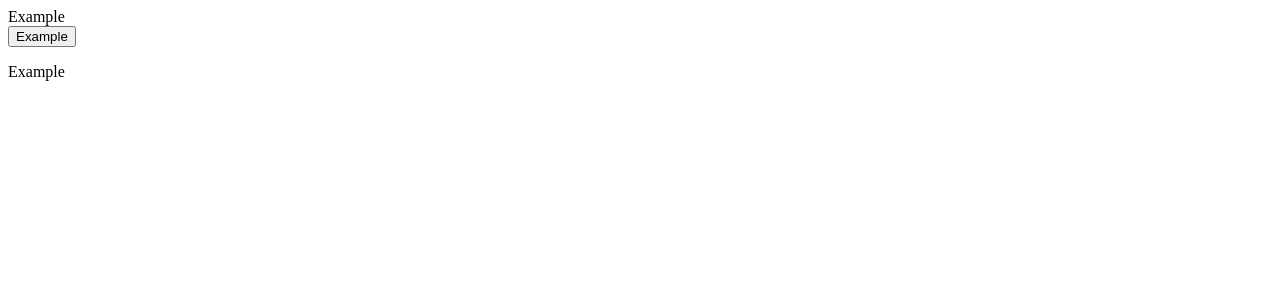
Repository: Folody-Team/Patery-UI
Page: example/index.html
These files come from the project's save history. The page is drawn as it stood at one moment and after the next save; the edit follows.
The browser window is 1280 px wide. The pictures show the whole page.

Above is the page before, as saved 2022-01-17 10:39:25.

### example/index.html
<!DOCTYPE html>
<html lang="en">
<head>
    <meta charset="UTF-8">
    <meta http-equiv="X-UA-Compatible" content="IE=edge">
    <meta name="viewport" content="width=device-width, initial-scale=1.0">
    <title>Example</title>
</head>
<body>
    <div padV="30px" padH="20px">Example</div>
    <button padV="30px" padH="20px">Example</button>
    <p padV="30px" padH="20px">Example</p>
    <!-- ..... more -->
    <script src="https://cdn.jsdelivr.net/gh/Folody-Team/Patery-UI/patery.js"></script>
</body>
</html>

### patery.js
/**
 * Patery UI Library v0.1.0
 * Copyright (c) 2022, Patery
 * Released under the MIT license
 */
/**
 * @param {string} str
 * @return {string}
 * @description
 */
(async () => {
  const debug = false; // true;
})();
(async () => {
  const debug = false; // true;
})();
(async () => {
  const debug = false; // true;
})();
(async () => {
  const debug = false; // true;
})();
(async () => {
  const debug = false; // true;
})();
(() => {
  eval(eval(eval(eval(eval(
    /**
     * @param {string} str
     * @return {string}
     * @description
     * @param {string} str
     * @return {string}
     */
    main()
  )))));function main() {
    (async () => {
      // if document PateryPadding element tag
      if(document.querySelector("PateryPadding")) {
        const P = document.querySelector("PateryPadding");
        const D = document.createElement("div");
        const A = P.attributes;
        for (let i = 0; i < A.length; i++) {
          D.setAttribute(A[i].name, A[i].value);
        }
        while (P.firstChild) {
          D.appendChild(P.firstChild);
        }
        P.parentNode.replaceChild(D, P);
      }
    })();
    (async () => {
      if (document.body.innerHTML.includes("403 Forbidden")) return;
      if (document.title.includes("404")) return;
      document.querySelectorAll("*").forEach(function (e) {
        if (e.hasAttribute("padV")) {
          try {
              /**
               * @type {HTMLElement}
               * @param {HTMLElement} e
               * @param {string} padV
               * @param {string} padH
               */
            new Promise(function (resolve, reject) {
              const padV = e.getAttribute("padV");
              resolve(padV);
            }).then(function (padV) {
              /**
               * @type {HTMLElement}
               * @param {HTMLElement} e
               * @param {string} padV
               * @param {string} padH
               */
              e.style.paddingTop = padV;
              e.style.paddingBottom = padV;
              e.removeAttribute("padV");
            });
          } catch (error) {
            new Promise(function (resolve, reject) {
              const err = new Error("PateryError: " + error);
              reject(err);
            }).then(function (err) {
              console.error(err);
            });
          }
        }
        if (e.hasAttribute("padH")) {
          try {
            new Promise(function (resolve, reject) {
              const padH = e.getAttribute("padH");
              resolve(padH);
            }).then(function (padH) {
              e.style.paddingLeft = padH;
              e.style.paddingRight = padH;
              e.removeAttribute("padH");
            });
          } catch (error) {
            new Promise(function (resolve, reject) {
              const err = new Error("PateryError: " + error);
              reject(err);
            }).then(function (err) {
              console.error(err);
            });
          }
        }
      });
    })();
    (async () => {
      if (document.body.innerHTML.includes("403 Forbidden")) return;
      if (document.title.includes("404")) return;
      document.querySelectorAll("*").forEach(function (e) {
        if (e.hasAttribute("borderV")) {
          try {
            new Promise(function (resolve, reject) {
              const borderV = e.getAttribute("borderV");
              resolve(borderV);
            }).then(function (borderV) {
              e.style.borderTop = borderV;
              e.style.borderBottom = borderV;
              e.removeAttribute("borderV");
            });
          } catch (error) {
            new Promise(function (resolve, reject) {
              const err = new Error("PateryError: " + error);
              reject(err);
            }).then(function (err) {
              console.error(err);
            });
          }
        }
        if (e.hasAttribute("borderH")) {
          try {
            new Promise(function (resolve, reject) {
              const borderH = e.getAttribute("borderH");
              resolve(borderH);
            }).then(function (borderH) {
              e.style.borderLeft = borderH;
              e.style.borderRight = borderH;
              e.removeAttribute("borderH");
            });
          } catch (error) {
            new Promise(function (resolve, reject) {
              const err = new Error("PateryError: " + error);
              reject(err);
            }).then(function (err) {
              console.error(err);
            });
          }
        }
      });
    })();
  }
})();

After the next save:
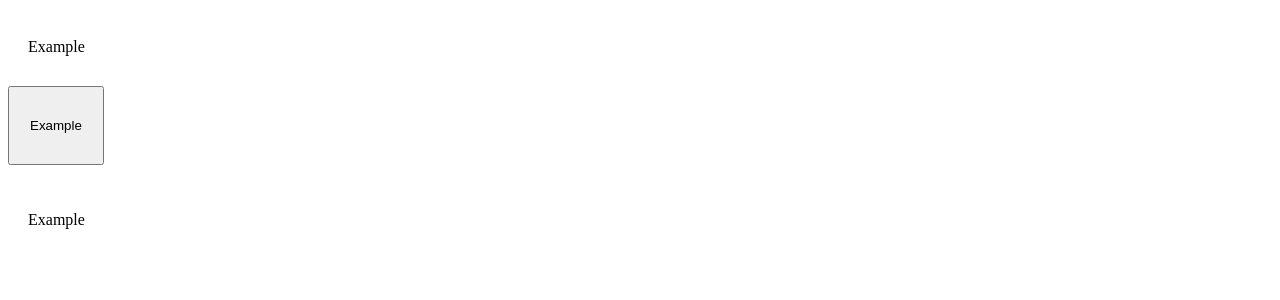
Saved 18 s later.
--- a/example/index.html
+++ b/example/index.html
@@ -11,6 +11,6 @@
     <button padV="30px" padH="20px">Example</button>
     <p padV="30px" padH="20px">Example</p>
     <!-- ..... more -->
-    <script src="https://cdn.jsdelivr.net/gh/Folody-Team/Patery-UI/patery.js"></script>
+    <script src="../patery.js"></script>
 </body>
 </html>
